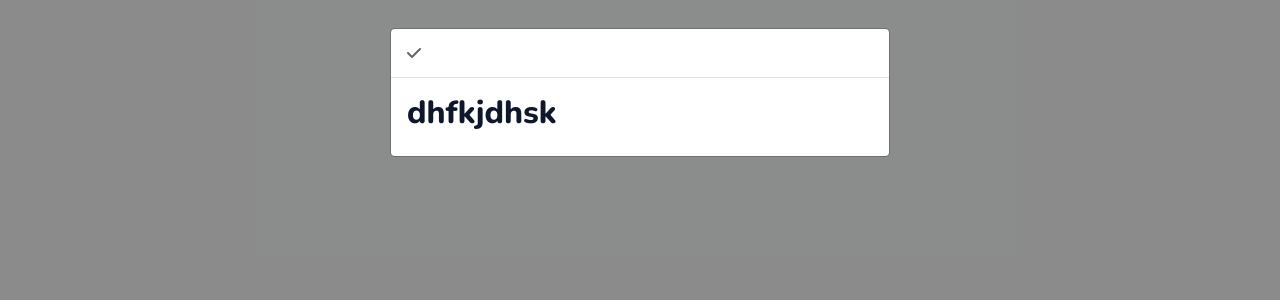
Repository: Dangtrinh28/thuymoc
Page: bookingSuccess.html
These files come from the project's save history. The page is drawn as it stood at one moment and after a run of saves; the edit follows.
The browser window is 1280 px wide. The pictures show the whole page.
Some web libraries are served in a nearby version.

Above is the page before, as saved 2022-11-25 04:03:30.

After the next 2 saves:
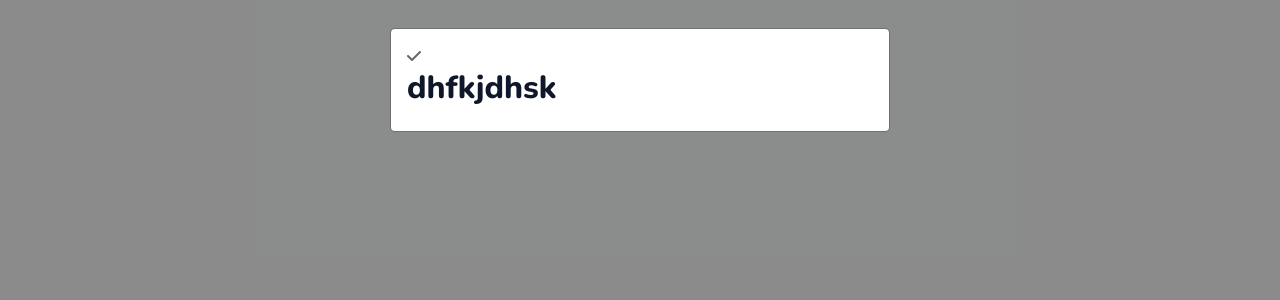
The 2 saves are shown as one change because they came seconds apart.
The last was saved 18 s later.
--- a/bookingSuccess.html
+++ b/bookingSuccess.html
@@ -39,10 +39,8 @@
         <div class="modal" style="display: block; background-color: rgba(128, 128, 128,0.9);">
             <div class="modal-dialog">
                 <div class="modal-content">
-                    <div class="modal-header">
+                    <div class="modal-body">
                         <i class="fa-solid fa-check"></i>
-                    </div>
-                    <div class="modal-body">
                         <h2>dhfkjdhsk</h2>
                     </div>
                 </div>
